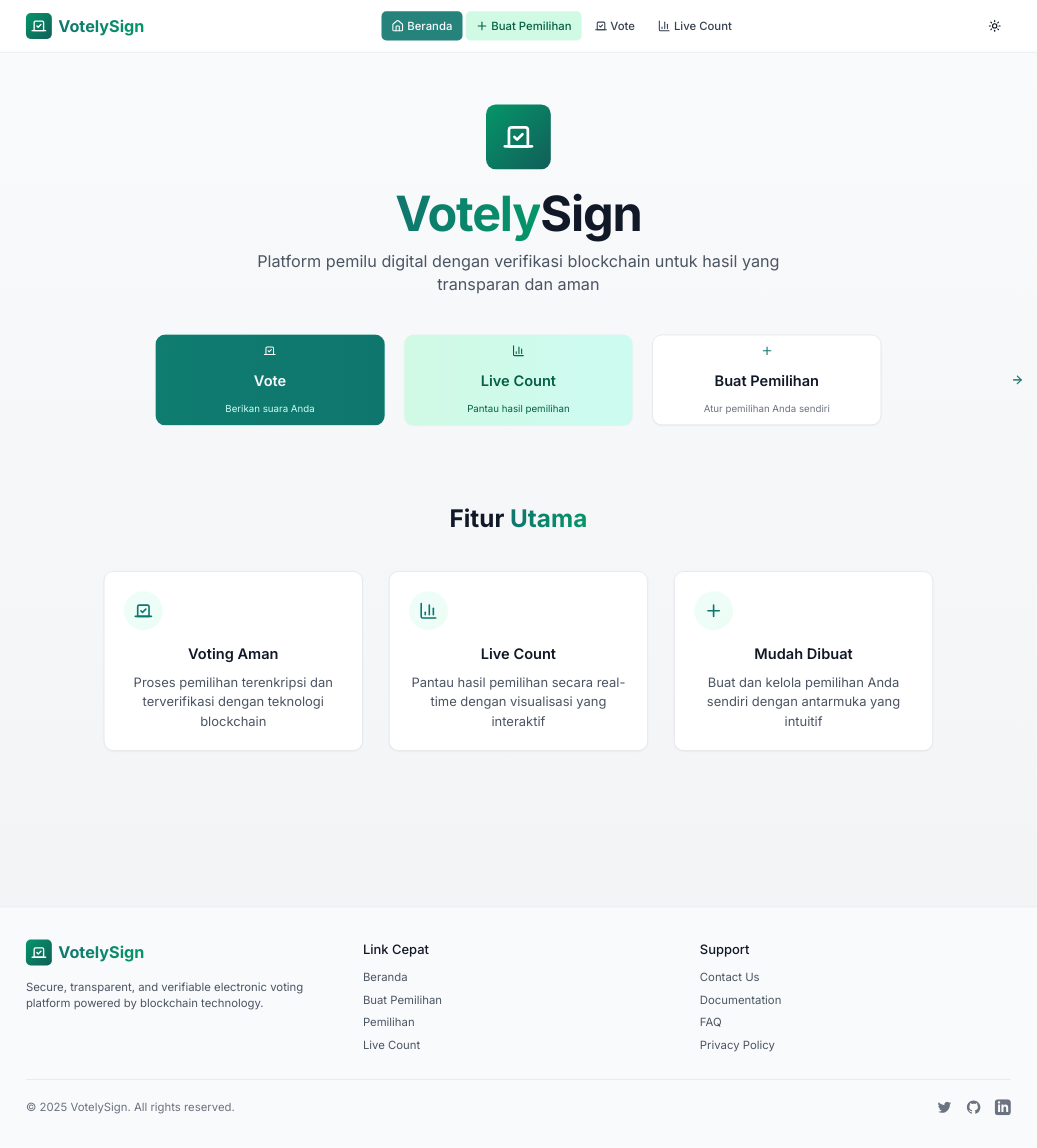
Repository: padiil/VotelySign
Page: /
An editor plug-in stored every save of this project. The page is shown before and after the next save, followed by the edit.
The browser window is 1280 px wide. The pictures show the whole page, at 81% of full size.
The project was rebuilt for these pictures with package versions that can differ from the ones it lists, and the page was loaded fresh each time. The framework's server and built-in components were replaced by stand-ins that run in the browser. Also part of the build but not shown: next.config.mjs, components/ui/badge.tsx.

Above is the page before, as saved 2025-05-23 01:31:17.

### app/layout.tsx
import React from "react";
import type { Metadata } from "next";
import { Inter } from "next/font/google";
import "./globals.css";
import { ThemeProvider } from "@/components/theme-provider";
import { Navbar } from "@/components/navbar";
import { Footer } from "@/components/footer";

const inter = Inter({ subsets: ["latin"] });

export const metadata: Metadata = {
  title: "VotelySign - Digital Voting Platform",
  description: "Vote digitally, signed & secured by blockchain",
  generator: "v0.dev",
};

export default function RootLayout({
  children,
}: Readonly<{
  children: React.ReactNode;
}>) {
  return (
    <html lang="en" suppressHydrationWarning>
      <body className={inter.className}>
        <ThemeProvider attribute="class" defaultTheme="light">
          <Navbar/>
          {children}
          <Footer/>
        </ThemeProvider>
      </body>
    </html>
  );
}

### app/page.tsx
"use client";

import { useState, useEffect } from "react";
import Link from "next/link";
import { motion } from "framer-motion";
import { Button } from "@/components/ui/button";
import { ArrowRight, BarChart3, Vote, Plus, Home } from "lucide-react";
import { useTheme } from "next-themes";

export default function Home() {
  const [mounted, setMounted] = useState(false);
  const { theme } = useTheme();

  // Handle hydration mismatch with SSR
  useEffect(() => {
    setMounted(true);
  }, []);

  if (!mounted) return null;

  return (
    <div className="w-full bg-gradient-to-b from-gray-50 to-gray-100 dark:from-gray-900 dark:to-gray-950">
      <div className="container pt-16 pb-24">
        <motion.div
          initial={{ opacity: 0, y: 20 }}
          animate={{ opacity: 1, y: 0 }}
          transition={{ duration: 0.5 }}
          className="w-full text-center"
        >
          <div className="mb-12 flex flex-col items-center">
            <div className="mb-6 w-20 h-20 flex items-center justify-center rounded-xl bg-gradient-to-br from-emerald-600 to-teal-800">
              <Vote className="h-10 w-10 text-white" />
            </div>

            <h1 className="text-4xl sm:text-5xl md:text-6xl font-bold tracking-tight mb-4">
              <span className="bg-gradient-to-r from-teal-700 to-emerald-600 bg-clip-text text-transparent dark:from-teal-500 dark:to-emerald-400">
                Votely
              </span>
              <span className="text-gray-900 dark:text-gray-100">Sign</span>
            </h1>

            <p className="text-lg md:text-xl text-gray-600 dark:text-gray-400 max-w-2xl mx-auto">
              Platform pemilu digital dengan verifikasi blockchain untuk hasil yang transparan dan aman
            </p>
          </div>

          <div className="grid grid-cols-1 md:grid-cols-3 gap-6 max-w-4xl mx-auto">
            <Link href="/vote" className="w-full">
              <motion.div
                whileHover={{ y: -5 }}
                transition={{ type: "spring", stiffness: 300 }}
                className="h-full"
              >
                <Button className="w-full h-28 bg-gradient-to-r from-teal-700/90 to-teal-700 hover:from-teal-800 hover:to-teal-700 dark:from-teal-700 dark:to-teal-600 dark:hover:from-teal-600 dark:hover:to-teal-500 rounded-xl shadow-sm transition-all flex flex-col items-center justify-center p-6">
                  <Vote className="h-6 w-6 mb-2" />
                  <span className="text-lg font-semibold">Vote</span>
                  <span className="text-xs mt-1 font-normal text-teal-100">
                    Berikan suara Anda
                  </span>
                  <ArrowRight className="h-4 w-4 absolute right-4 opacity-70" />
                </Button>
              </motion.div>
            </Link>

            <Link href="/live-count" className="w-full">
              <motion.div
                whileHover={{ y: -5 }}
                transition={{ type: "spring", stiffness: 300 }}
                className="h-full"
              >
                <Button
                  variant="secondary"
                  className="w-full h-28 bg-gradient-to-r from-emerald-100 to-teal-100 hover:from-emerald-200 hover:to-teal-200 text-emerald-800 dark:from-emerald-900/30 dark:to-teal-900/30 dark:text-emerald-400 dark:hover:from-emerald-900/50 dark:hover:to-teal-900/50 rounded-xl shadow-sm transition-all flex flex-col items-center justify-center p-6"
                >
                  <BarChart3 className="h-6 w-6 mb-2" />
                  <span className="text-lg font-semibold">Live Count</span>
                  <span className="text-xs mt-1 font-normal">
                    Pantau hasil pemilihan
                  </span>
                  <ArrowRight className="h-4 w-4 absolute right-4 opacity-70" />
                </Button>
              </motion.div>
            </Link>

            <Link href="/create" className="w-full">
              <motion.div
                whileHover={{ y: -5 }}
                transition={{ type: "spring", stiffness: 300 }}
                className="h-full"
              >
                <Button
                  variant="outline"
                  className="w-full h-28 bg-white dark:bg-gray-900 border-gray-200 dark:border-gray-800 hover:border-teal-200 dark:hover:border-teal-900/50 hover:bg-gray-50 dark:hover:bg-gray-900/80 text-gray-900 dark:text-gray-100 rounded-xl shadow-sm transition-all flex flex-col items-center justify-center p-6"
                >
                  <Plus className="h-6 w-6 mb-2 text-teal-700 dark:text-teal-500" />
                  <span className="text-lg font-semibold">Buat Pemilihan</span>
                  <span className="text-xs mt-1 font-normal text-gray-500 dark:text-gray-400">
                    Atur pemilihan Anda sendiri
                  </span>
                  <ArrowRight className="h-4 w-4 absolute right-4 opacity-70 text-teal-700 dark:text-teal-500" />
                </Button>
              </motion.div>
            </Link>
          </div>

          <div className="mt-24">
            <motion.div
              initial={{ opacity: 0 }}
              animate={{ opacity: 1 }}
              transition={{ delay: 0.3, duration: 0.5 }}
            >
              <h2 className="text-2xl md:text-3xl font-bold mb-12 text-gray-900 dark:text-gray-100">
                Fitur <span className="bg-gradient-to-r from-teal-700 to-emerald-600 bg-clip-text text-transparent dark:from-teal-500 dark:to-emerald-400">Utama</span>
              </h2>

              <div className="grid grid-cols-1 sm:grid-cols-2 lg:grid-cols-3 gap-8 max-w-5xl mx-auto">
                {/* Feature 1 */}
                <div className="bg-white dark:bg-gray-900 p-6 rounded-xl border border-gray-200 dark:border-gray-800 shadow-sm flex flex-col">
                  <div className="w-12 h-12 bg-gradient-to-br from-teal-50 to-emerald-50 dark:from-teal-900/20 dark:to-emerald-900/20 rounded-full mb-4 flex items-center justify-center">
                    <Vote className="h-6 w-6 text-teal-700 dark:text-teal-500" />
                  </div>
                  <h3 className="text-lg font-semibold mb-2 text-gray-900 dark:text-gray-100">Voting Aman</h3>
                  <p className="text-gray-600 dark:text-gray-400 flex-1">
                    Proses pemilihan terenkripsi dan terverifikasi dengan teknologi blockchain
                  </p>
                </div>

                {/* Feature 2 */}
                <div className="bg-white dark:bg-gray-900 p-6 rounded-xl border border-gray-200 dark:border-gray-800 shadow-sm flex flex-col">
                  <div className="w-12 h-12 bg-gradient-to-br from-teal-50 to-emerald-50 dark:from-teal-900/20 dark:to-emerald-900/20 rounded-full mb-4 flex items-center justify-center">
                    <BarChart3 className="h-6 w-6 text-teal-700 dark:text-teal-500" />
                  </div>
                  <h3 className="text-lg font-semibold mb-2 text-gray-900 dark:text-gray-100">Live Count</h3>
                  <p className="text-gray-600 dark:text-gray-400 flex-1">
                    Pantau hasil pemilihan secara real-time dengan visualisasi yang interaktif
                  </p>
                </div>

                {/* Feature 3 */}
                <div className="bg-white dark:bg-gray-900 p-6 rounded-xl border border-gray-200 dark:border-gray-800 shadow-sm flex flex-col">
                  <div className="w-12 h-12 bg-gradient-to-br from-teal-50 to-emerald-50 dark:from-teal-900/20 dark:to-emerald-900/20 rounded-full mb-4 flex items-center justify-center">
                    <Plus className="h-6 w-6 text-teal-700 dark:text-teal-500" />
                  </div>
                  <h3 className="text-lg font-semibold mb-2 text-gray-900 dark:text-gray-100">Mudah Dibuat</h3>
                  <p className="text-gray-600 dark:text-gray-400 flex-1">
                    Buat dan kelola pemilihan Anda sendiri dengan antarmuka yang intuitif
                  </p>
                </div>
              </div>
            </motion.div>
          </div>

          <div className="mt-24">
            <Link href="/vote">

            </Link>
          </div>
        </motion.div>
      </div>


    </div>
  );
}

### app/globals.css
@tailwind base;
@tailwind components;
@tailwind utilities;

@layer base {
  :root {
    --background: 0 0% 100%;
    --foreground: 222.2 84% 4.9%;
    --card: 0 0% 100%;
    --card-foreground: 222.2 84% 4.9%;
    --popover: 0 0% 100%;
    --popover-foreground: 222.2 84% 4.9%;
    --primary: 160 84% 39%;
    --primary-foreground: 210 40% 98%;
    --secondary: 210 40% 96.1%;
    --secondary-foreground: 222.2 47.4% 11.2%;
    --muted: 210 40% 96.1%;
    --muted-foreground: 215.4 16.3% 46.9%;
    --accent: 210 40% 96.1%;
    --accent-foreground: 222.2 47.4% 11.2%;
    --destructive: 0 84.2% 60.2%;
    --destructive-foreground: 210 40% 98%;
    --border: 214.3 31.8% 91.4%;
    --input: 214.3 31.8% 91.4%;
    --ring: 160 84% 39%;
    --radius: 0.5rem;
  }

  .dark {
    --background: 222.2 84% 4.9%;
    --foreground: 210 40% 98%;
    --card: 222.2 84% 4.9%;
    --card-foreground: 210 40% 98%;
    --popover: 222.2 84% 4.9%;
    --popover-foreground: 210 40% 98%;
    --primary: 160 84% 39%;
    --primary-foreground: 222.2 47.4% 11.2%;
    --secondary: 217.2 32.6% 17.5%;
    --secondary-foreground: 210 40% 98%;
    --muted: 217.2 32.6% 17.5%;
    --muted-foreground: 215 20.2% 65.1%;
    --accent: 217.2 32.6% 17.5%;
    --accent-foreground: 210 40% 98%;
    --destructive: 0 62.8% 30.6%;
    --destructive-foreground: 210 40% 98%;
    --border: 217.2 32.6% 17.5%;
    --input: 217.2 32.6% 17.5%;
    --ring: 160 84% 39%;
  }
}

@layer base {
  * {
    @apply border-border;
  }
  body {
    @apply bg-background text-foreground;
  }
}

### components/ui/button.tsx
import * as React from "react"
import { Slot } from "@radix-ui/react-slot"
import { cva, type VariantProps } from "class-variance-authority"

import { cn } from "@/lib/utils"

const buttonVariants = cva(
  "inline-flex items-center justify-center gap-2 whitespace-nowrap rounded-md text-sm font-medium ring-offset-background transition-colors focus-visible:outline-none focus-visible:ring-2 focus-visible:ring-ring focus-visible:ring-offset-2 disabled:pointer-events-none disabled:opacity-50 [&_svg]:pointer-events-none [&_svg]:size-4 [&_svg]:shrink-0",
  {
    variants: {
      variant: {
        default: "bg-primary text-primary-foreground hover:bg-primary/90",
        destructive:
          "bg-destructive text-destructive-foreground hover:bg-destructive/90",
        outline:
          "border border-input bg-background hover:bg-accent hover:text-accent-foreground",
        secondary:
          "bg-secondary text-secondary-foreground hover:bg-secondary/80",
        ghost: "hover:bg-accent hover:text-accent-foreground",
        link: "text-primary underline-offset-4 hover:underline",
      },
      size: {
        default: "h-10 px-4 py-2",
        sm: "h-9 rounded-md px-3",
        lg: "h-11 rounded-md px-8",
        icon: "h-10 w-10",
      },
    },
    defaultVariants: {
      variant: "default",
      size: "default",
    },
  }
)

export interface ButtonProps
  extends React.ButtonHTMLAttributes<HTMLButtonElement>,
    VariantProps<typeof buttonVariants> {
  asChild?: boolean
}

const Button = React.forwardRef<HTMLButtonElement, ButtonProps>(
  ({ className, variant, size, asChild = false, ...props }, ref) => {
    const Comp = asChild ? Slot : "button"
    return (
      <Comp
        className={cn(buttonVariants({ variant, size, className }))}
        ref={ref}
        {...props}
      />
    )
  }
)
Button.displayName = "Button"

export { Button, buttonVariants }

### tailwind.config.ts
import type { Config } from "tailwindcss"

const config: Config = {
  darkMode: ["class"],
  content: [
    "./pages/**/*.{js,ts,jsx,tsx,mdx}",
    "./components/**/*.{js,ts,jsx,tsx,mdx}",
    "./app/**/*.{js,ts,jsx,tsx,mdx}",
    "*.{js,ts,jsx,tsx,mdx}",
  ],
  theme: {
    container: {
      center: true,
      padding: "2rem",
      screens: {
        "2xl": "1400px",
      },
    },
    extend: {
      colors: {
        border: "hsl(var(--border))",
        input: "hsl(var(--input))",
        ring: "hsl(var(--ring))",
        background: "hsl(var(--background))",
        foreground: "hsl(var(--foreground))",
        primary: {
          DEFAULT: "hsl(var(--primary))",
          foreground: "hsl(var(--primary-foreground))",
        },
        secondary: {
          DEFAULT: "hsl(var(--secondary))",
          foreground: "hsl(var(--secondary-foreground))",
        },
        destructive: {
          DEFAULT: "hsl(var(--destructive))",
          foreground: "hsl(var(--destructive-foreground))",
        },
        muted: {
          DEFAULT: "hsl(var(--muted))",
          foreground: "hsl(var(--muted-foreground))",
        },
        accent: {
          DEFAULT: "hsl(var(--accent))",
          foreground: "hsl(var(--accent-foreground))",
        },
        popover: {
          DEFAULT: "hsl(var(--popover))",
          foreground: "hsl(var(--popover-foreground))",
        },
        card: {
          DEFAULT: "hsl(var(--card))",
          foreground: "hsl(var(--card-foreground))",
        },
      },
      borderRadius: {
        lg: "var(--radius)",
        md: "calc(var(--radius) - 2px)",
        sm: "calc(var(--radius) - 4px)",
      },
    },
  },
  plugins: [],
}

export default config

Loaded but not shown: components/theme-provider.tsx (common file); lib/utils.ts (common file); components/navbar.tsx (233 lines, source omitted); components/footer.tsx (166 lines, source omitted)

After the next save:
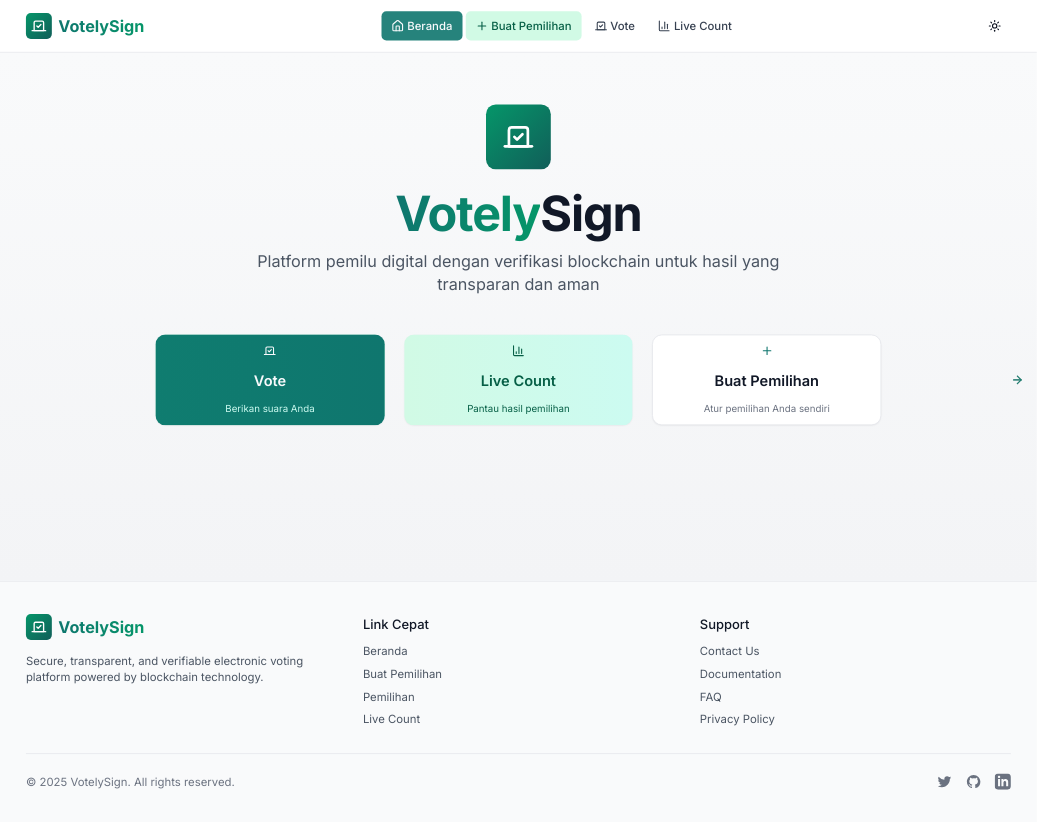
Saved 28 s later.
--- a/app/page.tsx
+++ b/app/page.tsx
@@ -104,50 +104,7 @@ export default function Home() {
           </div>
 
           <div className="mt-24">
-            <motion.div
-              initial={{ opacity: 0 }}
-              animate={{ opacity: 1 }}
-              transition={{ delay: 0.3, duration: 0.5 }}
-            >
-              <h2 className="text-2xl md:text-3xl font-bold mb-12 text-gray-900 dark:text-gray-100">
-                Fitur <span className="bg-gradient-to-r from-teal-700 to-emerald-600 bg-clip-text text-transparent dark:from-teal-500 dark:to-emerald-400">Utama</span>
-              </h2>
 
-              <div className="grid grid-cols-1 sm:grid-cols-2 lg:grid-cols-3 gap-8 max-w-5xl mx-auto">
-                {/* Feature 1 */}
-                <div className="bg-white dark:bg-gray-900 p-6 rounded-xl border border-gray-200 dark:border-gray-800 shadow-sm flex flex-col">
-                  <div className="w-12 h-12 bg-gradient-to-br from-teal-50 to-emerald-50 dark:from-teal-900/20 dark:to-emerald-900/20 rounded-full mb-4 flex items-center justify-center">
-                    <Vote className="h-6 w-6 text-teal-700 dark:text-teal-500" />
-                  </div>
-                  <h3 className="text-lg font-semibold mb-2 text-gray-900 dark:text-gray-100">Voting Aman</h3>
-                  <p className="text-gray-600 dark:text-gray-400 flex-1">
-                    Proses pemilihan terenkripsi dan terverifikasi dengan teknologi blockchain
-                  </p>
-                </div>
-
-                {/* Feature 2 */}
-                <div className="bg-white dark:bg-gray-900 p-6 rounded-xl border border-gray-200 dark:border-gray-800 shadow-sm flex flex-col">
-                  <div className="w-12 h-12 bg-gradient-to-br from-teal-50 to-emerald-50 dark:from-teal-900/20 dark:to-emerald-900/20 rounded-full mb-4 flex items-center justify-center">
-                    <BarChart3 className="h-6 w-6 text-teal-700 dark:text-teal-500" />
-                  </div>
-                  <h3 className="text-lg font-semibold mb-2 text-gray-900 dark:text-gray-100">Live Count</h3>
-                  <p className="text-gray-600 dark:text-gray-400 flex-1">
-                    Pantau hasil pemilihan secara real-time dengan visualisasi yang interaktif
-                  </p>
-                </div>
-
-                {/* Feature 3 */}
-                <div className="bg-white dark:bg-gray-900 p-6 rounded-xl border border-gray-200 dark:border-gray-800 shadow-sm flex flex-col">
-                  <div className="w-12 h-12 bg-gradient-to-br from-teal-50 to-emerald-50 dark:from-teal-900/20 dark:to-emerald-900/20 rounded-full mb-4 flex items-center justify-center">
-                    <Plus className="h-6 w-6 text-teal-700 dark:text-teal-500" />
-                  </div>
-                  <h3 className="text-lg font-semibold mb-2 text-gray-900 dark:text-gray-100">Mudah Dibuat</h3>
-                  <p className="text-gray-600 dark:text-gray-400 flex-1">
-                    Buat dan kelola pemilihan Anda sendiri dengan antarmuka yang intuitif
-                  </p>
-                </div>
-              </div>
-            </motion.div>
           </div>
 
           <div className="mt-24">
